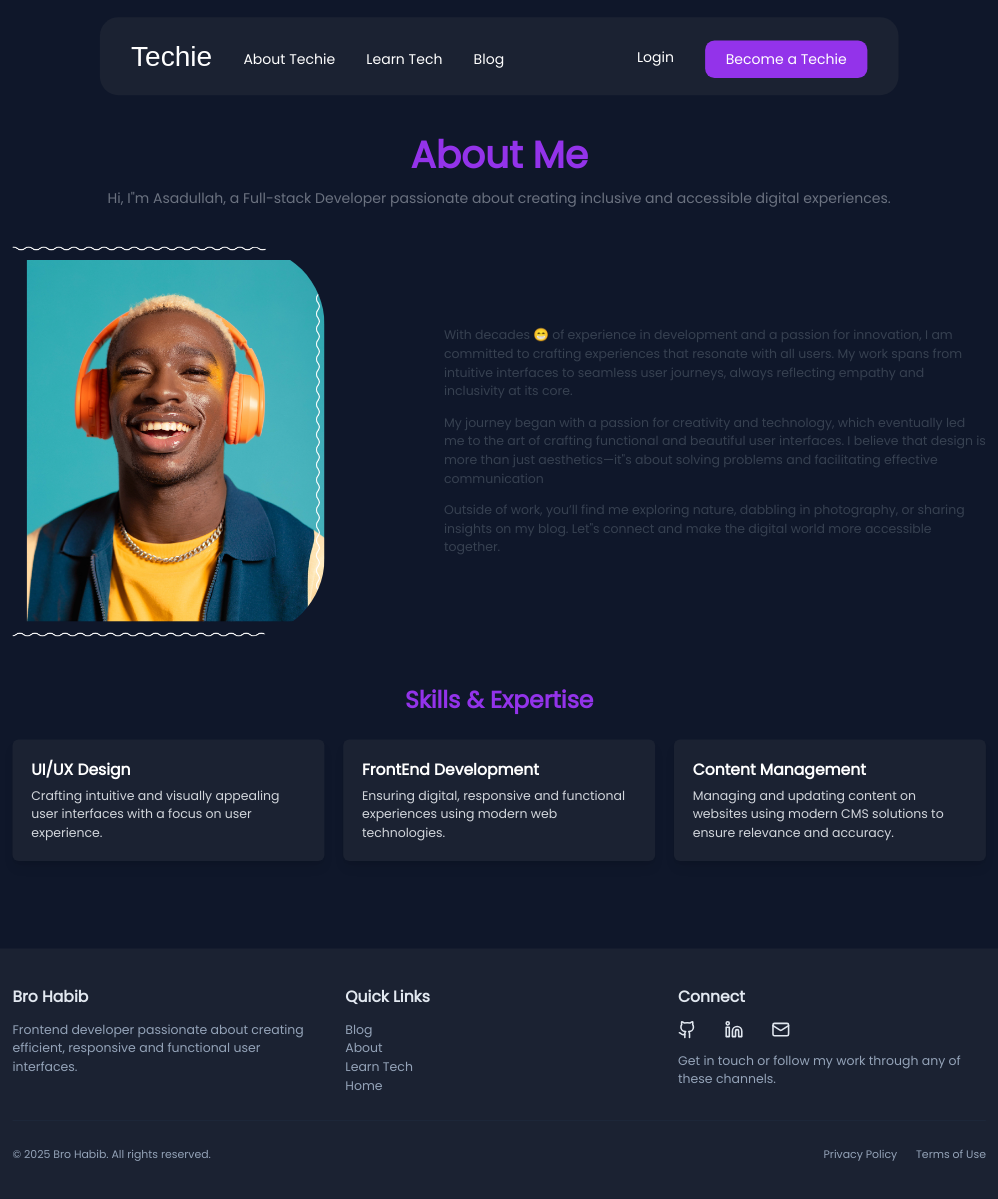
Repository: asadullah48/data-fetch
Page: /about
An editor plug-in stored every save of this project. The page is shown before and after the next save, followed by the edit.
The browser window is 1280 px wide. The pictures show the whole page, at 78% of full size.
Some web fonts or font styles are not loaded; a fallback is used. The project was rebuilt for these pictures with package versions that can differ from the ones it lists, and the page was loaded fresh each time. The framework's server and built-in components were replaced by stand-ins that run in the browser. Also part of the build but not shown: next.config.mjs.

Above is the page before, as saved 2025-01-15 12:37:32.

After the next save:
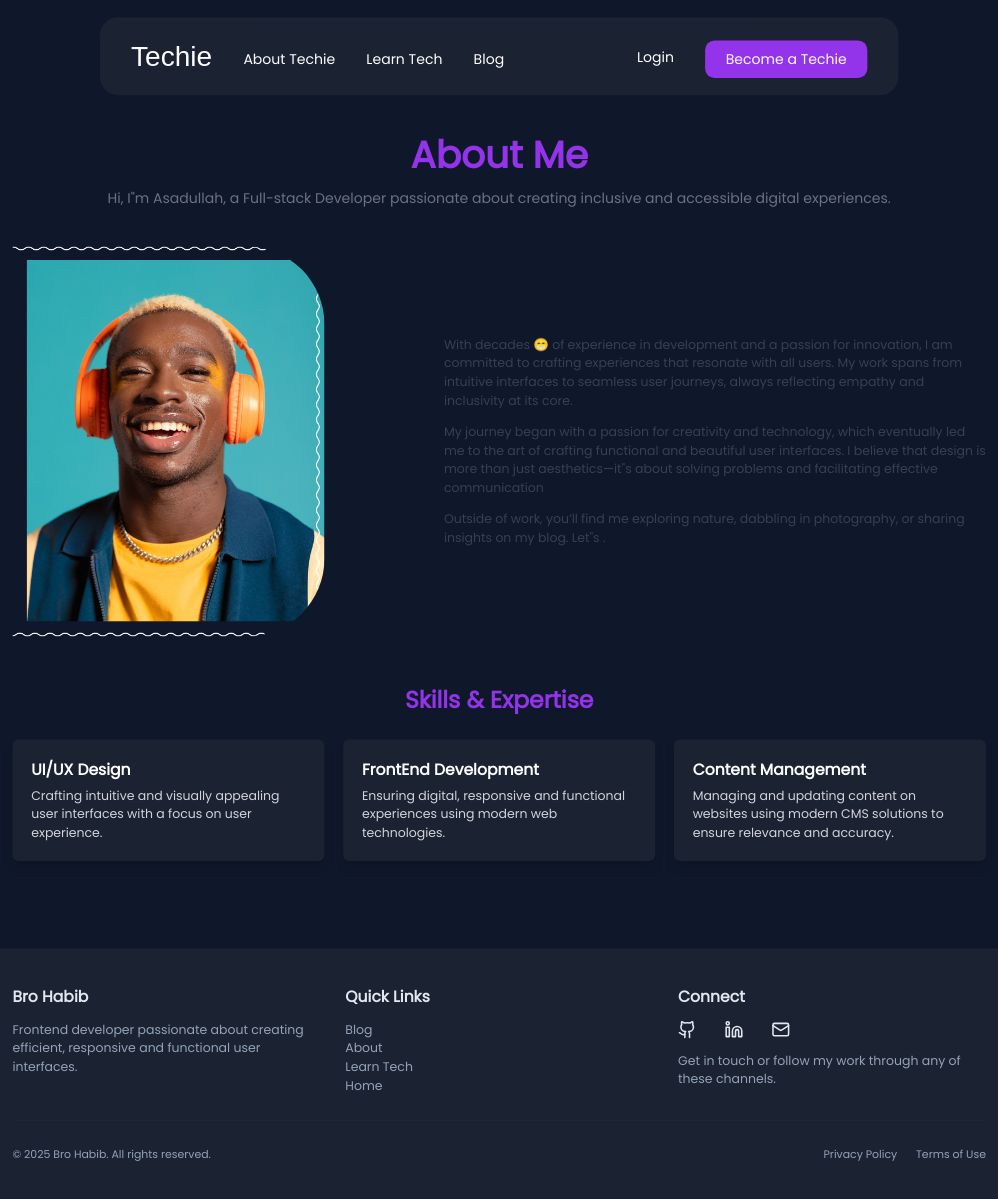
Saved 61 s later.
--- a/src/app/about/page.tsx
+++ b/src/app/about/page.tsx
@@ -40,7 +40,7 @@ export default function About() {
                     </p>
                     <p className="text-gray-700">
                         Outside of work, you’ll find me exploring nature, dabbling in photography, or sharing insights on my blog.
-                        Let&quot;s connect and make the digital world more accessible together.
+                        Let&quot;s .
                     </p>
                 </div>
             </div>
